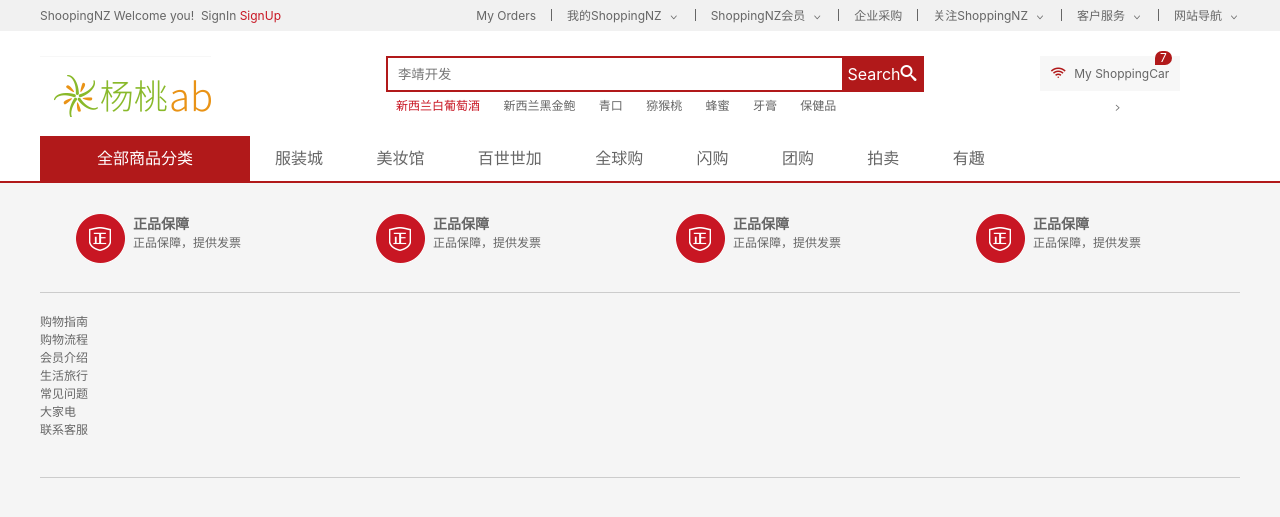
Repository: Jasonlee6789/shoppingWeb
Page: index.html
The author's editor kept a copy of each file at every save. The page is drawn from the files as they stood at one save, then again after the next save.
The browser window is 1280 px wide. The pictures show the whole page.

Above is the page before, as saved 2020-05-28 17:21:21.

### index.html
<!DOCTYPE html>
<html lang="en">

<head>
    <meta charset="UTF-8">
    <meta name="viewport" content="width=device-width, initial-scale=1.0">
    <title>ShoppingNZ-Jing</title>
    <meta name="description" content="正品低价">
    <meta name="keywords" content="网上购物新西兰">
    <link rel="shortcut icon" href="favicon.ico" />
    <link rel="stylesheet" href="css/base.css">
    <link rel="stylesheet" href="css/common.css">

</head>

<body>

    <section class="shortcut">
        <div class="w">
            <div class="fl">
                <ul>
                    <li>ShoopingNZ Welcome you! &nbsp;</li>
                    <li><a href="#">SignIn</a>&nbsp;<a href="#" class="style_red">SignUp</a>
                    </li>
                </ul>
            </div>
            <div class="fr">
                <ul>
                    <li>My Orders</li>
                    <li></li>
                    <li class="arrow-icon">我的ShoppingNZ</li>
                    <li></li>
                    <li class="arrow-icon">ShoppingNZ会员</li>
                    <li></li>
                    <li>企业采购</li>
                    <li></li>
                    <li class="arrow-icon">关注ShoppingNZ</li>
                    <li></li>
                    <li class="arrow-icon">客户服务</li>
                    <li></li>
                    <li class="arrow-icon">网站导航</li>
                </ul>
            </div>
        </div>
    </section>

    <header class="header w">
        <div class="logo">
            <h1><a href="index.html" title="YangTaoABC">YaoMingabc</a></h1>
        </div>
        <div class="search">
            <input type="search" name="" id="" placeholder="李靖开发">
            <button class="icon-search">Search</button>
        </div>
        <div class="hotwords">
            <a href="#" class="style_red">新西兰白葡萄酒</a>
            <a href="#">新西兰黑金鲍</a>
            <a href="#">青口</a>
            <a href="#">猕猴桃</a>
            <a href="#">蜂蜜</a>
            <a href="#">牙膏</a>
            <a href="#">保健品</a>
        </div>
        <div class="shopcar">
            My ShoppingCar
            <i class="count">7</i>
        </div>
    </header>

    <nav class="nav">
        <div class="w">
            <div class="dropdown">
                <div class="dt">全部商品分类</div>
                <div class="dd">
                    <ul>
                        <li><a href="#">家用电器</a> </li>
                        <li><a href="#">手机</a>、<a href="#">数码</a>、<a href="#">通信</a> </li>
                        <li><a href="#">家居</a>、<a href="#">数码</a>、<a href="#">通信</a> </li>
                        <li><a href="#">男装</a>、<a href="#">数码</a>、<a href="#">通信</a> </li>
                        <li><a href="#">个护化妆</a>、<a href="#">数码</a>、<a href="#">通信</a> </li>
                        <li><a href="#">鞋靴</a>、<a href="#">数码</a>、<a href="#">通信</a> </li>
                        <li><a href="#">理财</a>、<a href="#">数码</a>、<a href="#">通信</a> </li>
                    </ul>
                </div>
            </div>
            <div class="navitems">
                <ul>
                    <li>
                        <a href="#">服装城</a>
                        <a href="#">美妆馆</a>
                        <a href="#">百世世加</a>
                        <a href="#">全球购</a>
                        <a href="#">闪购</a>
                        <a href="#">团购</a>
                        <a href="#">拍卖</a>
                        <a href="#">有趣</a>
                    </li>
                </ul>
            </div>
        </div>
    </nav>

    <footer class="footer">
        <div class="w">
            <div class="mod_service">
                <ul>
                    <li>
                        <h5></h5>
                        <div class="service_txt">
                            <h4>正品保障</h4>
                            <p>正品保障，提供发票</p>
                        </div>
                    </li>
                    <li>
                        <h5></h5>
                        <div class="service_txt">
                            <h4>正品保障</h4>
                            <p>正品保障，提供发票</p>
                        </div>
                    </li>
                    <li>
                        <h5></h5>
                        <div class="service_txt">
                            <h4>正品保障</h4>
                            <p>正品保障，提供发票</p>
                        </div>
                    </li>
                    <li>
                        <h5></h5>
                        <div class="service_txt">
                            <h4>正品保障</h4>
                            <p>正品保障，提供发票</p>
                        </div>
                    </li>
                </ul>
            </div>
            <div class="mod_help">
                <dl>
                    <dt>购物指南</dt>

                    <dd><a href="#">购物流程</a></dd>
                    <dd><a href="#">会员介绍</a></dd>
                    <dd><a href="#">生活旅行</a></dd>
                    <dd><a href="#">常见问题</a></dd>
                    <dd><a href="#">大家电</a></dd>
                    <dd><a href="#">联系客服</a></dd>
                </dl>
            </div>
        </div>
    </footer>
</body>

</html>

### css/base.css
* {
    margin: 0;
    padding: 0;
    box-sizing: border-box;
}

em,
i {
    font-style: normal
}

li {
    list-style: none
}

img {
    border: 0;
    vertical-align: middle;
}

button {
    cursor: pointer;
}

a {
    color: #666;
    text-decoration: none;
}

a:hover {
    color: #c81623;
}



button,
input {
    font-family: -apple-system, BlinkMacSystemFont, 'Segoe UI', Roboto, Oxygen, Ubuntu, Cantarell, 'Open Sans', 'Helvetica Neue', sans-serif;
    border: 0;
    outline: none;
}

body {
    -webkit-font-smoothing: antialiased;
    background-color: #fff;
    color: #666;
    font: 12px/1.5 -apple-system, BlinkMacSystemFont, 'Segoe UI', Roboto, Oxygen, Ubuntu, Cantarell, 'Open Sans', 'Helvetica Neue', sans-serif;
}

### css/common.css
@font-face {
    font-family: 'icomoon';
    src: url('../fonts/icomoon.eot?3a2xdr');
    src: url('../fonts/icomoon.eot?3a2xdr#iefix') format('embedded-opentype'),
        url('../fonts/icomoon.ttf?3a2xdr') format('truetype'),
        url('../fonts/icomoon.woff?3a2xdr') format('woff'),
        url('../fonts/icomoon.svg?3a2xdr#icomoon') format('svg');
    font-weight: normal;
    font-style: normal;
}


/* 版心 */
.w {
    width: 1200px;
    margin: 0 auto;
}

.fl {
    float: left;
}

.fr {
    float: right;
}

.style_red {
    color: #c81623
}

/* 快捷导航 */
.shortcut {
    height: 31px;
    background-color: #f1f1f1;
    line-height: 31px;
}

.shortcut ul li {
    float: left;
}

.shortcut .fr ul li:nth-child(even) {
    width: 1px;
    height: 12px;
    background-color: #666666;
    margin: 9px 15px 0;
}


.arrow-icon::after {
    content: '\ea52';
    font-family: 'icomoon';
    margin-left: 6px;
}


/* < !-- 头部模块制作 --> */
.header {
    position: relative;
    height: 105px;
    /* background-color: pink; */
}


.logo {
    position: absolute;
    top: 25px;
    width: 171px;
    height: 61px;
    background-color: skyblue;
}

.logo a {
    display: block;
    width: 171px;
    height: 61px;
    background: url(../images/logo.png) no-repeat;
    font-size: 0;
}

.search {
    position: absolute;
    left: 346px;
    top: 25px;
    width: 538px;
    height: 36px;
    border: 2px solid #b1191a;
}

.search input {
    float: left;
    width: 454px;
    height: 32px;
    padding-left: 10px;
}

.search button {
    float: left;
    width: 80px;
    height: 32px;
    background-color: #b1191a;
    font-size: 16px;
    color: #fff;
}

.icon-search::after {
    content: '\e986';
    font-family: 'icomoon';
    background-color: #b1191a;
}

.hotwords {
    position: absolute;
    top: 66px;
    left: 346px;
}

.hotwords a {
    margin: 0 10px;
}

.shopcar {
    position: absolute;
    right: 60px;
    top: 25px;
    width: 140px;
    height: 35px;
    line-height: 35px;
    text-align: center;
    border: 1ps solid #dfdfdf;
    background-color: #f7f7f7;
}

.shopcar::before {
    content: '\e91b';
    font-family: 'icomoon';
    margin-right: 5px;
    color: #b1191a;
}

.shopcar::after {
    content: '\ea50';
    font-family: 'icomoon';
    margin-left: 10px;
}

.count {
    position: absolute;
    height: 14px;
    line-height: 14px;
    color: #fff;
    background-color: #b1191a;
    padding: 0 5px;
    top: -5px;
    /* right: 10px; */
    left: 115px;
    border-radius: 7px 7px 7px 0;
}

/* 导航nav模块制作 */
.nav {
    height: 47px;
    border-bottom: 2px solid #b1191a;
}


.nav .dropdown {
    float: left;
    width: 210px;
    height: 45px;
    background-color: #b1191a;
}

.nav .navitems {
    float: left;
}

.dropdown .dt {
    width: 100%;
    height: 100%;
    color: #fff;
    text-align: center;
    line-height: 45px;
    font-size: 16px;

}

.dropdown .dd {
    display: none;
    width: 210px;
    height: 465px;
    background-color: #c81623;
    margin-top: 2px;
}

.dropdown .dd ul li {
    position: relative;
    height: 31px;
    line-height: 31px;
    margin-left: 3px;
    margin-right: 3px;
    padding-left: 10px;
}

.dropdown .dd ul li:hover {
    background-color: #fff;
}

.dropdown .dd ul li::after {
    position: absolute;
    content: '\ea50';
    font-family: 'icomoon';
    color: #fff;
    font-size: 14px;
    top: 1px;
    right: 10px;
}

.dropdown .dd ul li a {
    font-size: 14px;
    color: #fff;

}

.dropdown .dd ul li:hover a {
    color: #c81623;
}

.navitems ul li {
    float: left;
}

.navitems ul li a {
    height: 45px;
    line-height: 45px;
    font-size: 16px;
    padding: 0 25px;
}


/* 底部模块制作 */
.footer {
    height: 415px;
    background-color: #f5f5f5;
    padding-top: 30px;
}

.mod_service {
    height: 80px;
    border-bottom: 1px solid #ccc;
}

.mod_service ul li {
    float: left;
    width: 300px;
    height: 50px;

    padding-left: 35px;
}

.mod_service ul li h5 {
    float: left;
    width: 50px;
    height: 50px;
    background: url(../images/icons.png) no-repeat -252px -2px;
    margin-right: 8px;
}

.service_txt h4 {
    font-size: 14px;
}

.service_txt p {
    font-size: 12px;
}

.mod_help {
    height: 185px;
    border-bottom: 1px solid #ccc;
    padding-top: 20px;
}

After the next save:
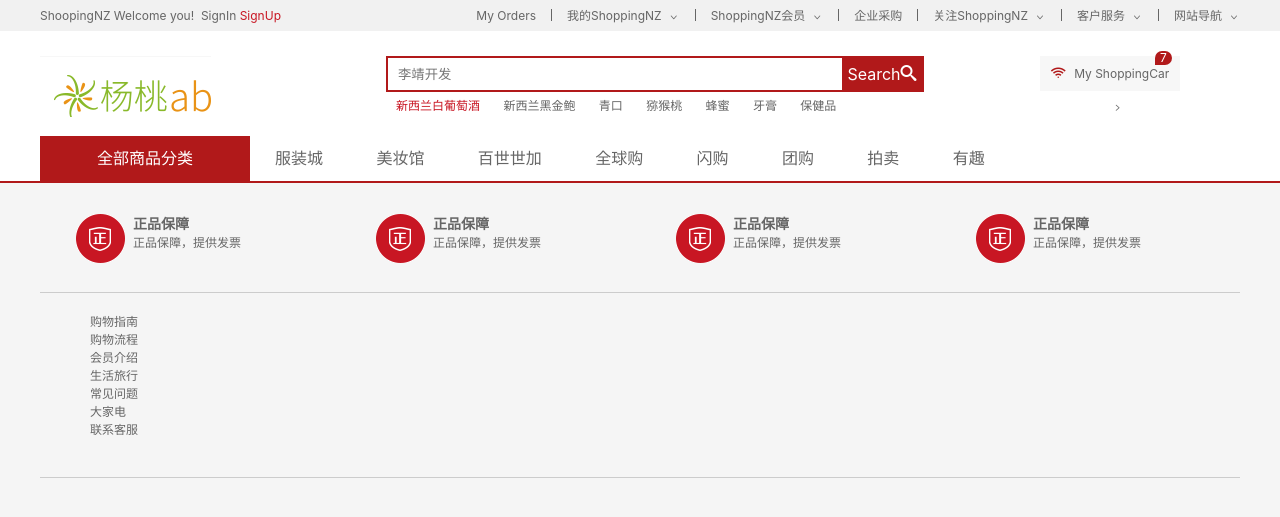
Saved 25 s later.
--- a/css/common.css
+++ b/css/common.css
@@ -278,4 +278,5 @@
     height: 185px;
     border-bottom: 1px solid #ccc;
     padding-top: 20px;
-}
+    padding-left: 50px;
+}
